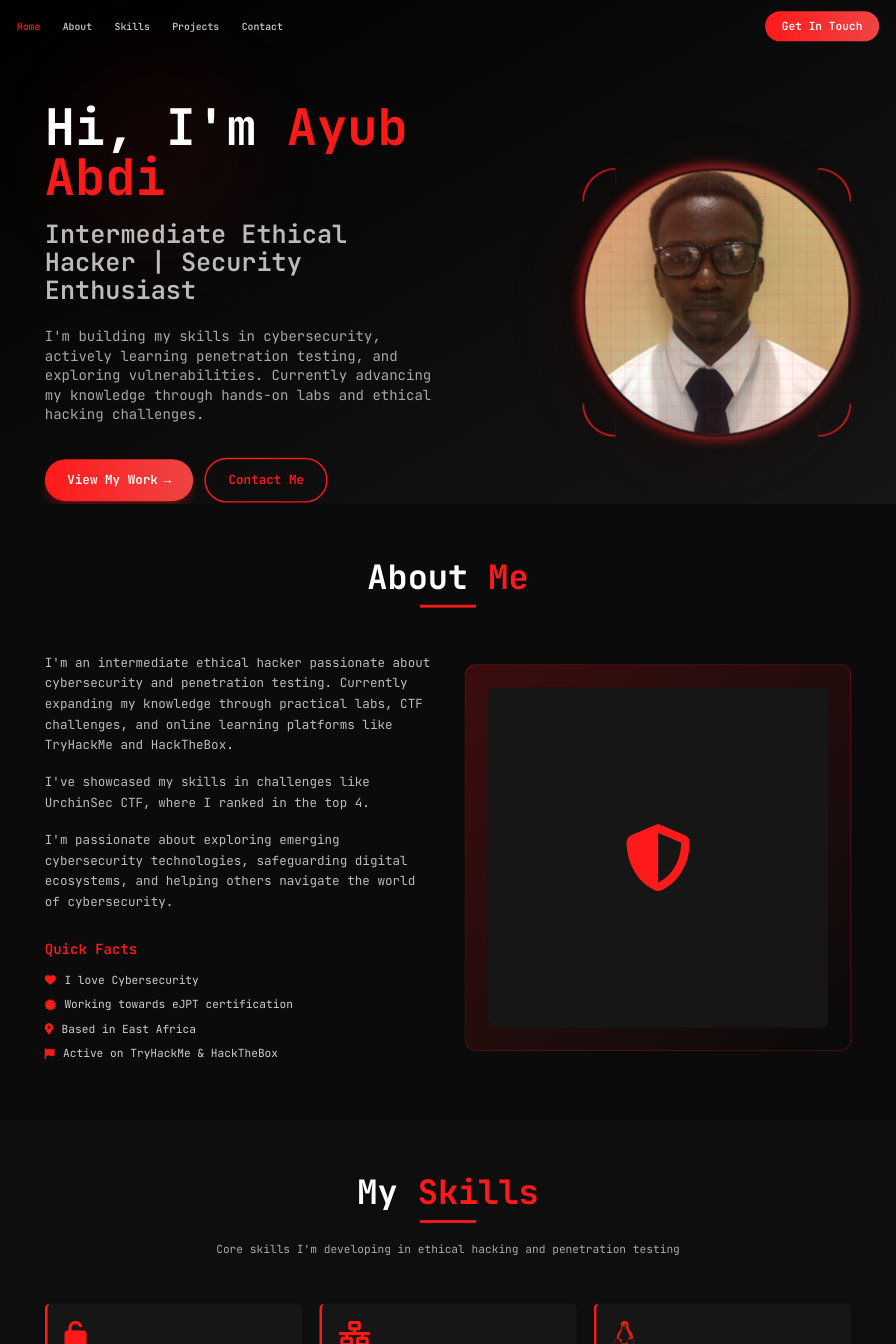
Repository: Eyub-Abdi/portfolio
Page: /
The author's editor kept a copy of each file at every save. The page is drawn from the files as they stood at one save, then again after the next save.
The browser window is 1280 px wide. The pictures show the part of the page from y = 0 to 1920 px (the page is 5001 px tall), at 70% of full size.
The project was rebuilt for these pictures with package versions that can differ from the ones it lists, and the page was loaded fresh each time. Also part of the build but not shown: vite.config.ts.

Above is the page before, as saved 2025-12-02 12:21:29.

After the next save:
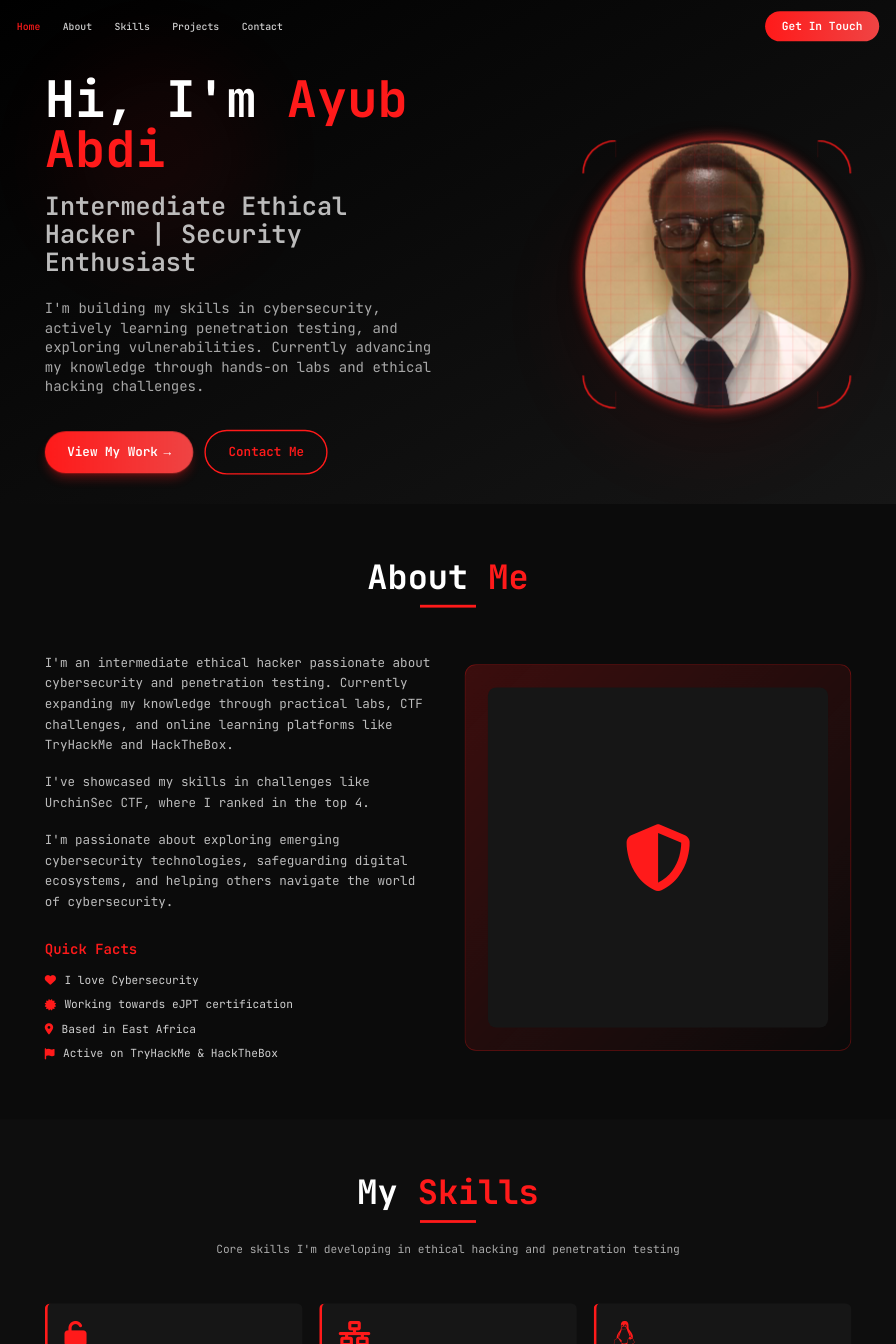
Saved 45 s later.
--- a/src/App.tsx
+++ b/src/App.tsx
@@ -106,14 +106,14 @@ function App() {
       </header>
 
       {/* Hero Section */}
-      <section id="home" className="min-h-screen flex items-center justify-center relative overflow-hidden px-6 pt-20">
+      <section id="home" className="min-h-screen flex items-center justify-center relative overflow-hidden px-6 pt-16">
         <div className="absolute inset-0 bg-gradient-to-br from-black via-dark-bg to-panel-bg"></div>
         <div className="absolute inset-0 opacity-10">
           <div className="absolute top-20 left-20 w-72 h-72 bg-red-terminal rounded-full filter blur-3xl animate-pulse"></div>
           <div className="absolute bottom-20 right-20 w-96 h-96 bg-red-terminal rounded-full filter blur-3xl animate-pulse delay-1000"></div>
         </div>
 
-        <div className="relative z-10 max-w-6xl mx-auto mt-16">
+        <div className="relative z-10 max-w-6xl mx-auto">
           <div className="grid md:grid-cols-2 gap-12 items-center">
             {/* Text Content */}
             <div className="text-center md:text-left">
